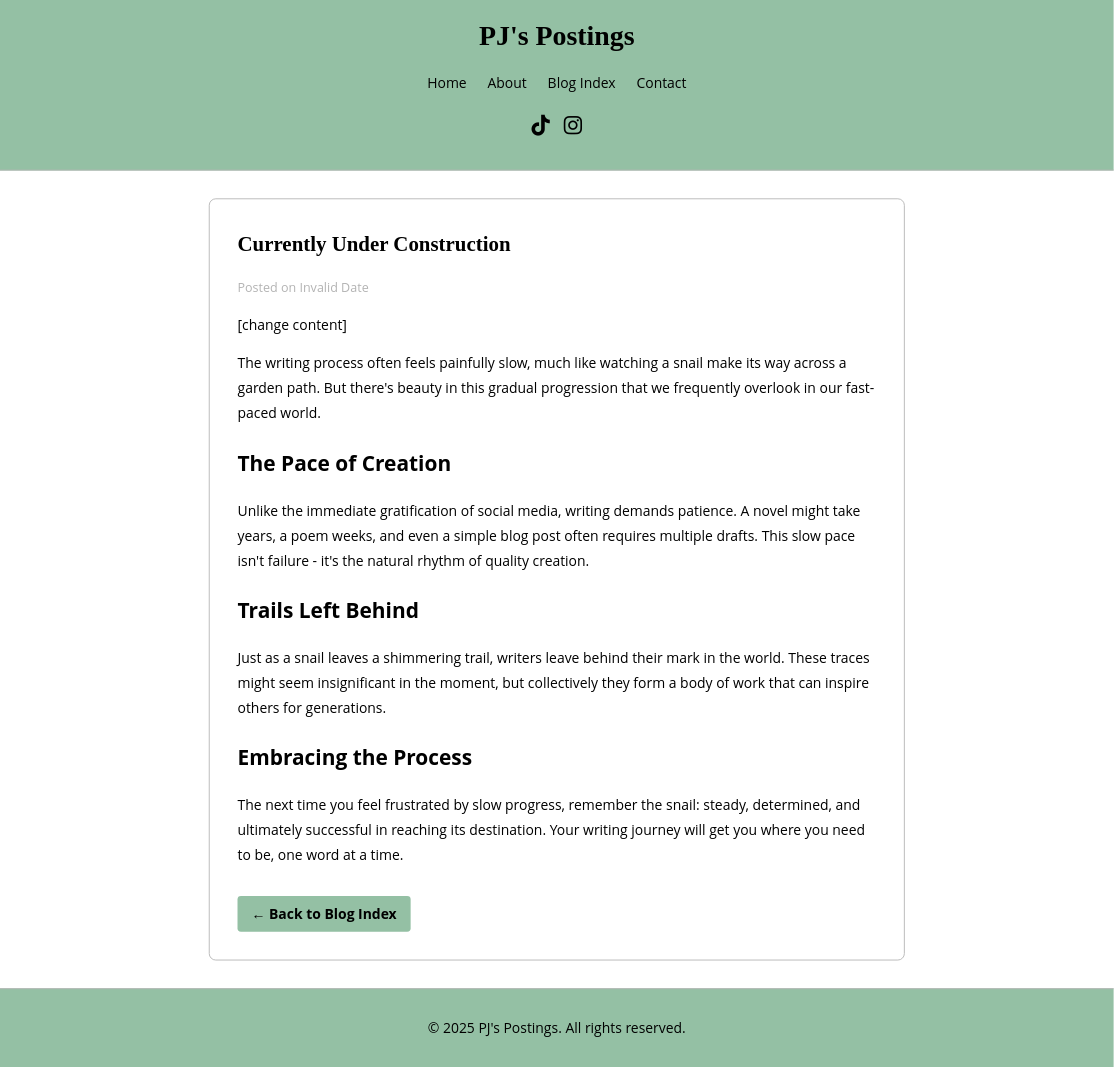
Repository: pjpatrick071/pjpatrick071.github.io
Page: posts/underConstruction.html
An editor plug-in stored every save of this project. The page is shown before and after a run of saves, followed by the edit.
The browser window is 1280 px wide. The pictures show the whole page, at 87% of full size.
Some web fonts or font styles are not loaded; a fallback is used.

Above is the page before, as saved 2025-04-07 21:20:27.

After the next 3 saves:
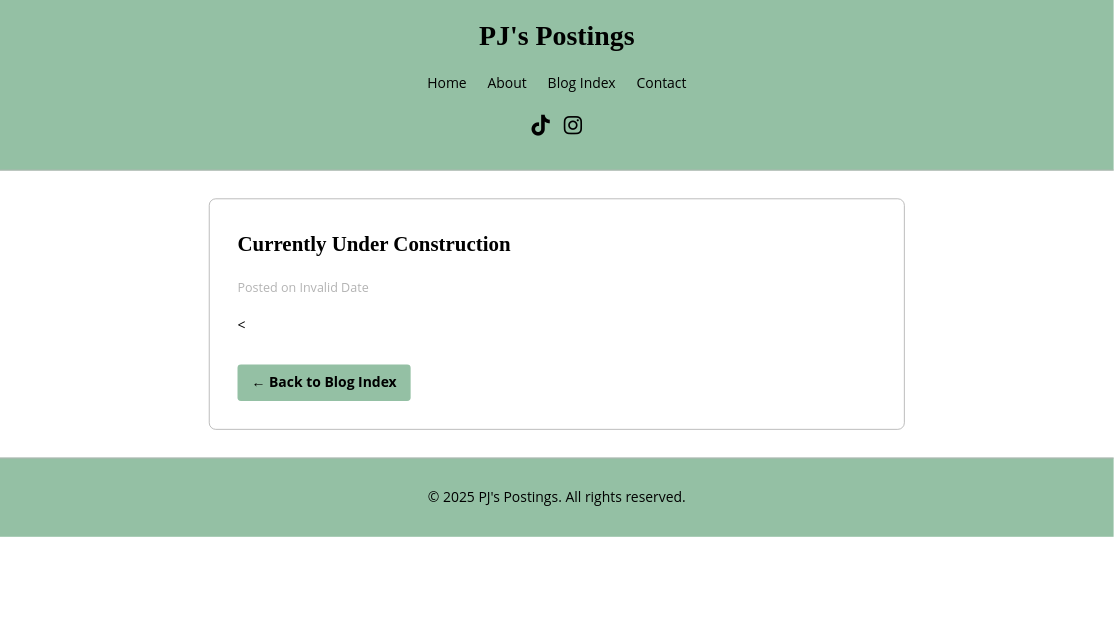
The 3 saves are shown as one change because they came seconds apart.
The last was saved 16 s later.
--- a/posts/underConstruction.html
+++ b/posts/underConstruction.html
@@ -167,17 +167,8 @@
                 });
             </script>
 
-            <div class="post-content">[change content]
-                <p>The writing process often feels painfully slow, much like watching a snail make its way across a garden path. But there's beauty in this gradual progression that we frequently overlook in our fast-paced world.</p>
-
-                <h2>The Pace of Creation</h2>
-                <p>Unlike the immediate gratification of social media, writing demands patience. A novel might take years, a poem weeks, and even a simple blog post often requires multiple drafts. This slow pace isn't failure - it's the natural rhythm of quality creation.</p>
-
-                <h2>Trails Left Behind</h2>
-                <p>Just as a snail leaves a shimmering trail, writers leave behind their mark in the world. These traces might seem insignificant in the moment, but collectively they form a body of work that can inspire others for generations.</p>
-
-                <h2>Embracing the Process</h2>
-                <p>The next time you feel frustrated by slow progress, remember the snail: steady, determined, and ultimately successful in reaching its destination. Your writing journey will get you where you need to be, one word at a time.</p>
+            <div class="post-content">
+                <
             </div>
 
             <a href="../blog.html" class="back-to-blog">&larr; Back to Blog Index</a>
